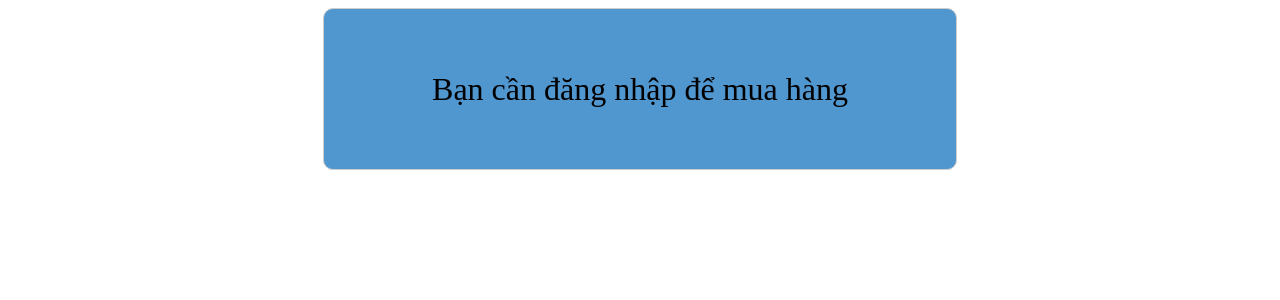
Repository: tung1233hhhhhhhhhhhhh/shoppingcart
Page: view/product/components/thongbao.html
These files come from the project's save history. The page is drawn as it stood at one moment and after the next save; the edit follows.
The browser window is 1280 px wide. The pictures show the whole page.

Above is the page before, as saved 2023-08-08 21:26:03.

After the next save:
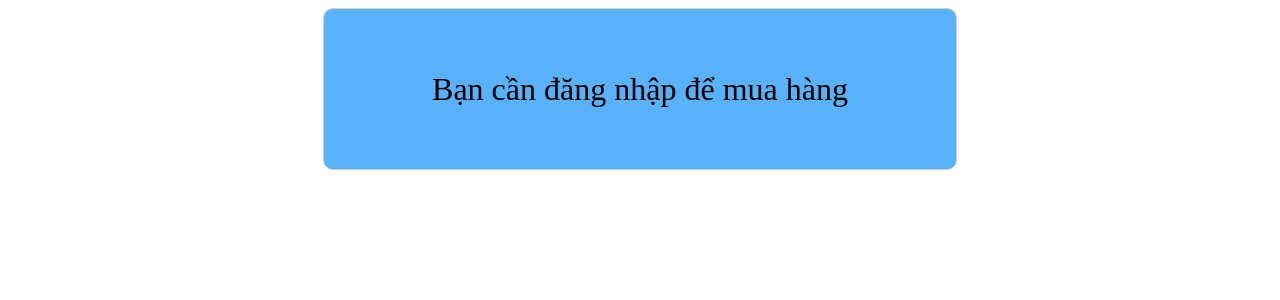
Saved 21 s later.
--- a/view/product/components/thongbao.html
+++ b/view/product/components/thongbao.html
@@ -10,7 +10,7 @@
     .box {
         width: 50%;
         height: 10rem;
-        background-color: #5096cf;
+        background-color: #59b1f9;
         border: 1px solid #Ccc;
         border-radius: 10px;
         margin: 0 auto;
